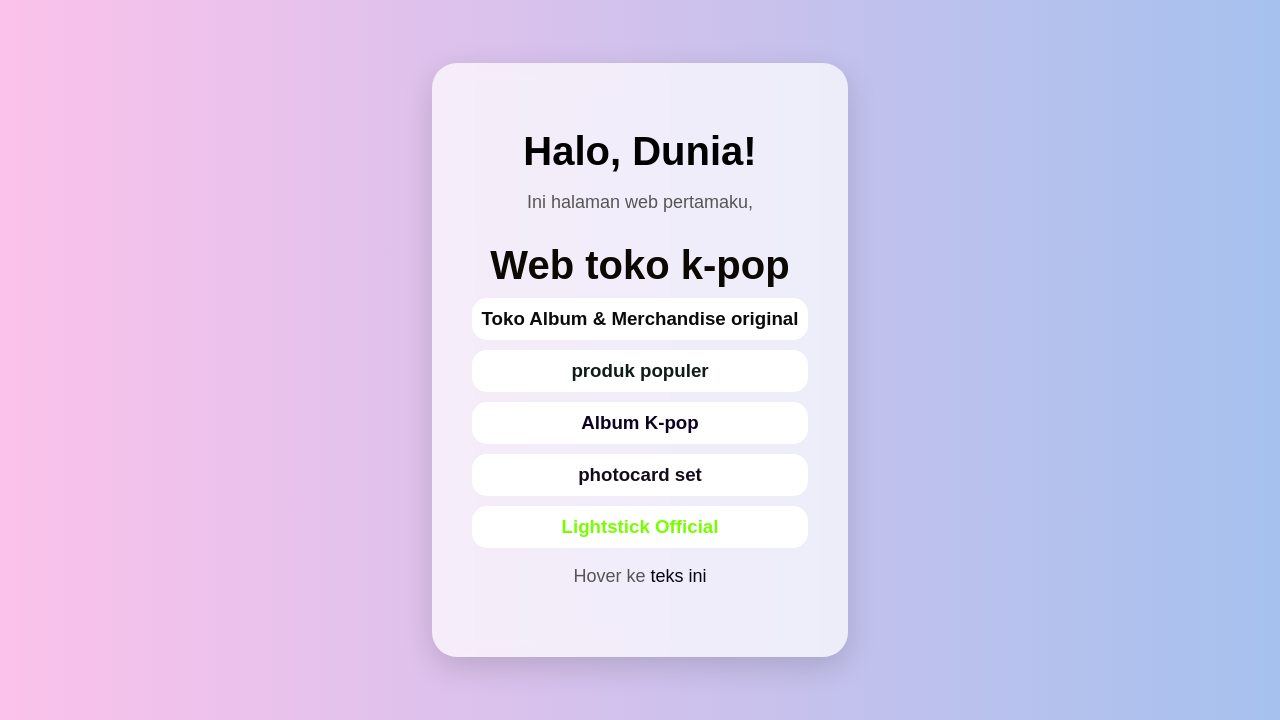
Repository: sekartazivi/241552010020-Web-Application-Development
Page: test.html
The author's editor kept a copy of each file at every save. The page is drawn from the files as they stood at one save, then again after a run of saves.
The browser window is 1280 px wide. The pictures show the whole page.

Above is the page before, as saved 2026-02-20 09:25:04.

After the next 2 saves:
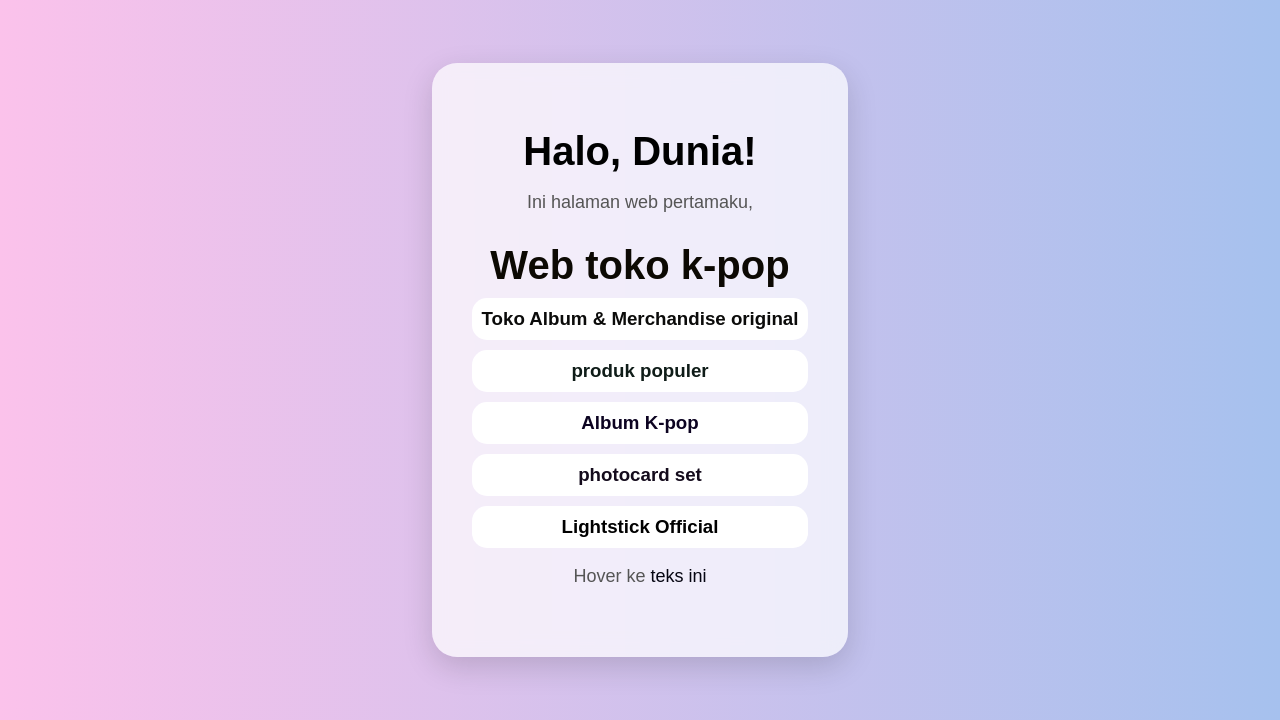
The 2 saves are shown as one change because they came seconds apart.
The last was saved 8 s later.
--- a/test.html
+++ b/test.html
@@ -66,7 +66,7 @@
     <h3 style="color: rgb(15, 28, 24);" >produk populer</h3>
     <h3 style="color: rgb(12, 3, 33);" >Album K-pop</h3>
     <h3 style="color: rgb(20, 11, 28);">photocard set</h3>
-    <h3 style="color: rgb(119, 255, 0);">Lightstick Official</h3>
+    <h3 style="color: rgb(0, 0, 0);">Lightstick Official</h3>
 <style>
 .tooltip {
   position: relative;
